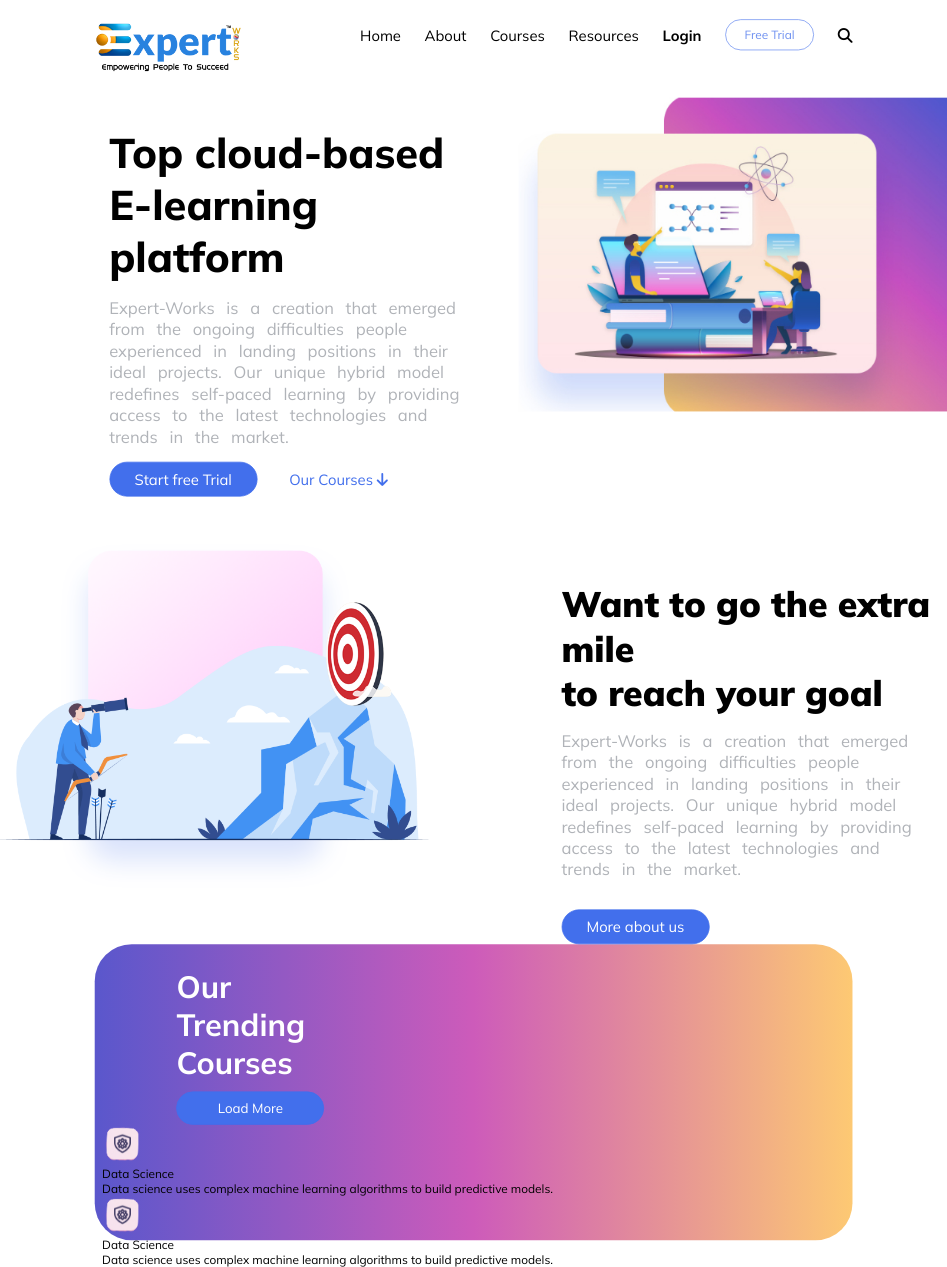
Repository: FlyweisReact/Raghu-B2C
Page: /homePage
These files come from the project's save history. The page is drawn as it stood at one moment and after the next save; the edit follows.
The browser window is 1280 px wide. The pictures show the whole page, at 74% of full size.
Some web libraries are served in a nearby version. The project was rebuilt for these pictures with package versions that can differ from the ones it lists, and the page was loaded fresh each time. Also part of the build but not shown: src/Footer/footer.scss, src/Footer/Footer.jsx, src/component/pages/courses/course.scss, src/component/Navbar/nav.scss, src/component/Navbar/Nav.jsx, src/component/navigation/NavItems.js, src/component/navigation/Dropdown.css, src/component/navigation/Dropdown.js and 43 more.

Above is the page before, as saved 2023-02-03 16:05:50.

### public/index.html
<!DOCTYPE html>
<html lang="en">
  <head>
    <meta charset="utf-8" />
    <link rel="icon" href="%PUBLIC_URL%/favicon.ico" />
    <meta name="viewport" content="width=device-width, initial-scale=1" />
    <meta name="theme-color" content="#000000" />
    <meta
      name="description"
      content="Web site created using create-react-app"
    />
    <link rel="apple-touch-icon" href="%PUBLIC_URL%/logo192.png" />
    <link href="https://fonts.googleapis.com/css2?family=Mulish:ital,wght@0,200;0,300;0,400;0,500;0,600;0,700;0,800;0,900;1,200;1,300;1,400;1,500;1,600;1,700;1,800&display=swap" rel="stylesheet">
    <link rel="manifest" href="%PUBLIC_URL%/manifest.json" />
    <title>Educational Web</title>
  </head>
  <body>
    <noscript>You need to enable JavaScript to run this app.</noscript>
    <div id="root"></div>
    <script src="https://kit.fontawesome.com/b533b351e4.js" crossorigin="anonymous"></script>
  </body>
</html>

### src/index.js
/** @format */

import React from "react";
import ReactDOM from "react-dom";
import { BrowserRouter } from "react-router-dom";
import App from "./App";

ReactDOM.render(
  <React.StrictMode>
    <BrowserRouter>
      <App />
    </BrowserRouter>
  </React.StrictMode>,
  document.getElementById("root")
);

### src/App.js
/** @format */

import { Routes, Route } from "react-router-dom";
import "./App.css";
import "./component/common.scss";
import Courses from "./component/pages/courses/Courses";
import Home from "./component/Home";
import Programs from "./component/pages/Programs/Programs";
import Login from "./component/pages/LoginPage/Login";
import CreateAccount from "./component/pages/CreateAccount/CreateAccount";
import UsertakenCourses from "./component/pages/UserTakenCourses/UsertakenCourses";
import ExploreMore from "./component/pages/morecourses/ExploreMore";
import Forgot from "./component/pages/forgotPassword/Forgot";
import OTP from "./component/pages/otp/OTP";
import Reset from "./component/pages/reset/Reset";
import ViewCourses from "./component/pages/viewCourses/ViewCourses";
import SignUpOtp from "./component/pages/signUpOtp/SignUpOtp"
import MyCourse from "./component/pages/Mycourse/MyCourse";
import MyCourseDesc from "./component/pages/Mycourse/MyCourseDesc";
import FreeTrial from "./component/pages/FreeTrial/FreeTrial";
import Subscription from "./component/pages/FreeTrial/Subscription";
import Billing from "./component/pages/FreeTrial/Billing";
import ThankYOu from "./component/pages/FreeTrial/ThankYOu";
import HomePage from "./HomePage";

function App() {
  const user = false;

  return (
    <div className="App">
      <Routes>
        <Route exect path="/" element={<Login />} />
        <Route exect path="/emailVerify" element={<Forgot />} />
        <Route exect path="/otp" element={<OTP />} />
        <Route exect path="/reset" element={<Reset />} />
        <Route exect path="/cources" element={<Courses />} />
        <Route exect path="/viewCourses" element={<ViewCourses />} />
        <Route exect path="/program" element={<Programs />} />
        <Route exect path="/home" element={<Home user={user} />} />
        <Route exect path="/create-acount" element={<CreateAccount />} />
        <Route exect path="/signUpOtp" element={<SignUpOtp />} />
        <Route exect path="/user" element={<UsertakenCourses />} />
        <Route exect path="/explore" element={<ExploreMore />} />
        <Route exect path="/myCourse" element={<MyCourse />} />
        <Route exect path="/myCourse/:id" element={<MyCourseDesc />} />
        <Route  exect path="/trial" element={<FreeTrial />} />
        <Route  exect path="/subscription" element={<Subscription />} />
        <Route  exect path="/billing" element={<Billing />} />
        <Route  exect path="/thank" element={<ThankYOu />} />
        <Route  exect path="/homePage" element={<HomePage />} />





      </Routes>
    </div>
  );
}

export default App;

### src/App.css
*{
  margin: 0;
  padding: 0;
  box-sizing: border-box;
  font-family: 'Mulish', sans-serif;
}
.hello{
  color:#7ABCFF;
color:  #3284D6;
color:  #D1E8FF;

}

### src/component/common.scss
.links{
    text-decoration: none;
    color: #fff;
    overflow-x: hidden;
}

*{
    // overflow-x: hidden;
    scroll-behavior: smooth;
}

### src/HomePage.js
/** @format */

import React from "react";
import "./HomePage.css";
// Images
import img from "./images/logo.png";
import img1 from './images/1st image.png'
import img2 from './images/2nd image.png'
import img3 from './images/Home.png'
import img4 from './images/icon.png'


const HomePage = () => {
  return (
    <>
      <div className="HomeNewnav">
        <div className="left">
          <img src={img} alt="" />
        </div>
        <div className="right">
          <ul>
            <li>Home</li>
            <li>About </li>
            <li>Courses</li>
            <li>Resources</li>
            <li style={{ fontWeight: "bold" }}>Login</li>
            <button>Free Trial</button>
            <li>
              <i class="fa-solid fa-magnifying-glass"></i>
            </li>
          </ul>
        </div>
      </div>

      <div className="mainSecTwo">
        <div className="left">
          <p className="head">
            Top cloud-based <br /> E-learning platform{" "}
          </p>
          <p className="desc">
            Expert-Works is a creation that emerged from the ongoing
            difficulties people experienced in landing positions in their ideal
            projects. Our unique hybrid model redefines self-paced learning by
            providing access to the latest technologies and trends in the
            market.
          </p>
          <div className="btns">
            <button
              style={{
                backgroundColor: "#426fec",
                color: "#fff",
                width: "200px",
                border: "1px solid #426fec",
                fontSize: "20px",
                borderRadius: "50px",
                padding: "10px",
              }}
            >
              Start free Trial
            </button>
            <button
              style={{
                backgroundColor: "#fff",
                color: "#426fec",
                width: "200px",
                border: "none",
                fontSize: "20px",
                borderRadius: "50px",
                padding: "10px",
              }}
            >
              Our Courses <i class="fa-solid fa-arrow-down"></i>
            </button>
          </div>
        </div>
        <div className="right">
          <img
            src={img3}
            alt=""
          />
        </div>
      </div>

      <div className="mainSecTwo2">
        <div className="left">
          <img
            src={img2}
            alt=""
          />
        </div>
        <div className="right">
          <p className="head">
            Want to go the extra mile <br />
            to reach your goal
          </p>
          <p className="desc">
            Expert-Works is a creation that emerged from the ongoing
            difficulties people experienced in landing positions in their ideal
            projects. Our unique hybrid model redefines self-paced learning by
            providing access to the latest technologies and trends in the
            market.
          </p>
          <div className="btns">
            <button
              style={{
                backgroundColor: "#426fec",
                color: "#fff",
                width: "200px",
                border: "1px solid #426fec",
                fontSize: "20px",
                borderRadius: "50px",
                padding: "10px",
              }}
            >
              More about us
            </button>
          </div>
        </div>
      </div>

      <div className="centerMainDiv">
        <div className="left">
          <p className="head">
            Our <br /> Trending <br /> Courses
          </p>{" "}
          <button
            style={{
              backgroundColor: "#426fec",
              color: "#fff",
              width: "200px",
              border: "1px solid #426fec",
              fontSize: "18px",
              borderRadius: "50px",
              padding: "10px",
            }}
          >
           Load More
          </button>
        </div>
        <div className="right">
            <div className="group">
                <div>
                    <img src={img4} alt='' />
                    <p className="head">Data Science</p>
                    <p className="desc">Data science uses complex machine learning algorithms to build predictive models.</p>
                </div>
                <div>
                    <img src={img4} alt='' />
                    <p className="head">Data Science</p>
                    <p className="desc">Data science uses complex machine learning algorithms to build predictive models.</p>
                </div>
            </div>
        </div>
      </div>
    </>
  );
};

export default HomePage;

### src/HomePage.css
/** @format */

.HomeNewnav {
  display: flex;
  justify-content: space-between;
  width: 80%;
  margin-left: 10%;
  margin-top: 2%;
}
.HomeNewnav .left img {
  width: 200px;
}
.HomeNewnav .right ul {
  display: flex;
  gap: 2rem;
}
.HomeNewnav .right ul li {
  list-style: none;
  font-size: 20px;
  margin-top: 10px;
}
.HomeNewnav .right ul button {
  width: 120px;
  font-size: 16px;
  margin-top: 0;
  border: 1px solid #6e90f0;
  color: #6e90f0;
  background-color: #fff;

  padding: 10px;
  border-radius: 50px;
}
.HomeNewnav .right ul li:hover {
  color: #6e90f0;
  cursor: pointer;
}

.mainSecTwo {
  display: flex;
  margin-top: 2%;
  gap: 2rem;
  justify-content: space-between;
}
.mainSecTwo .left {
  width: 50%;
  margin-left: 7%;
  margin-top: 3%;
}
.mainSecTwo .right {
  width: 50%;
}
.mainSecTwo .right img {
  width: 100%;
}
.mainSecTwo .left .head {
  font-size: 3.5rem;
  font-weight: 800;
  margin-left: 10%;
}
.mainSecTwo .left .desc {
  width: 500px;
  word-spacing: 10px;
  font-size: 1.4rem;
  margin-top: 20px;
  margin-left: 10%;
  color: #b0b3b8;
}
.mainSecTwo .left .btns {
  display: flex;
  gap: 10px;
  margin-left: 10%;
  margin-top: 20px;
}

.mainSecTwo2 {
  display: flex;
  margin-top: 5%;
  gap: 2rem;
  justify-content: space-between;
}
.mainSecTwo2 .right {
  width: 50%;
  margin-top: 4%;
  margin-left: 7%;
}
.mainSecTwo2 .left {
  width: 50%;
}
.mainSecTwo2 .left img {
  width: 100%;
}
.mainSecTwo2 .right .head {
  font-size: 3rem;
  font-weight: 900;
  margin-left: 10%;
}
.mainSecTwo2 .right .desc {
  width: 500px;
  word-spacing: 10px;
  font-size: 1.4rem;
  margin-top: 20px;
  margin-left: 10%;
  color: #b0b3b8;
}
.mainSecTwo2 .right .btns {
  display: flex;
  gap: 10px;
  margin-left: 10%;
  margin-top: 40px;
}

.centerMainDiv {
  width: 80%;
  height: 400px;
  background-image: linear-gradient(to right, #5a57cc, #cd5bba, #fdc973);
  margin: auto;
  border-radius: 50px;
  padding: 10px;
}
.centerMainDiv .left {
    margin-top: 2%;
    color: #fff;
    font-size: 2.6rem;
    font-weight: bold;
    margin-left: 10%;
}

Loaded but not shown: src/component/pages/viewCourses/viewCourses.css (no stored copy; drawn as an empty file)

After the next save:
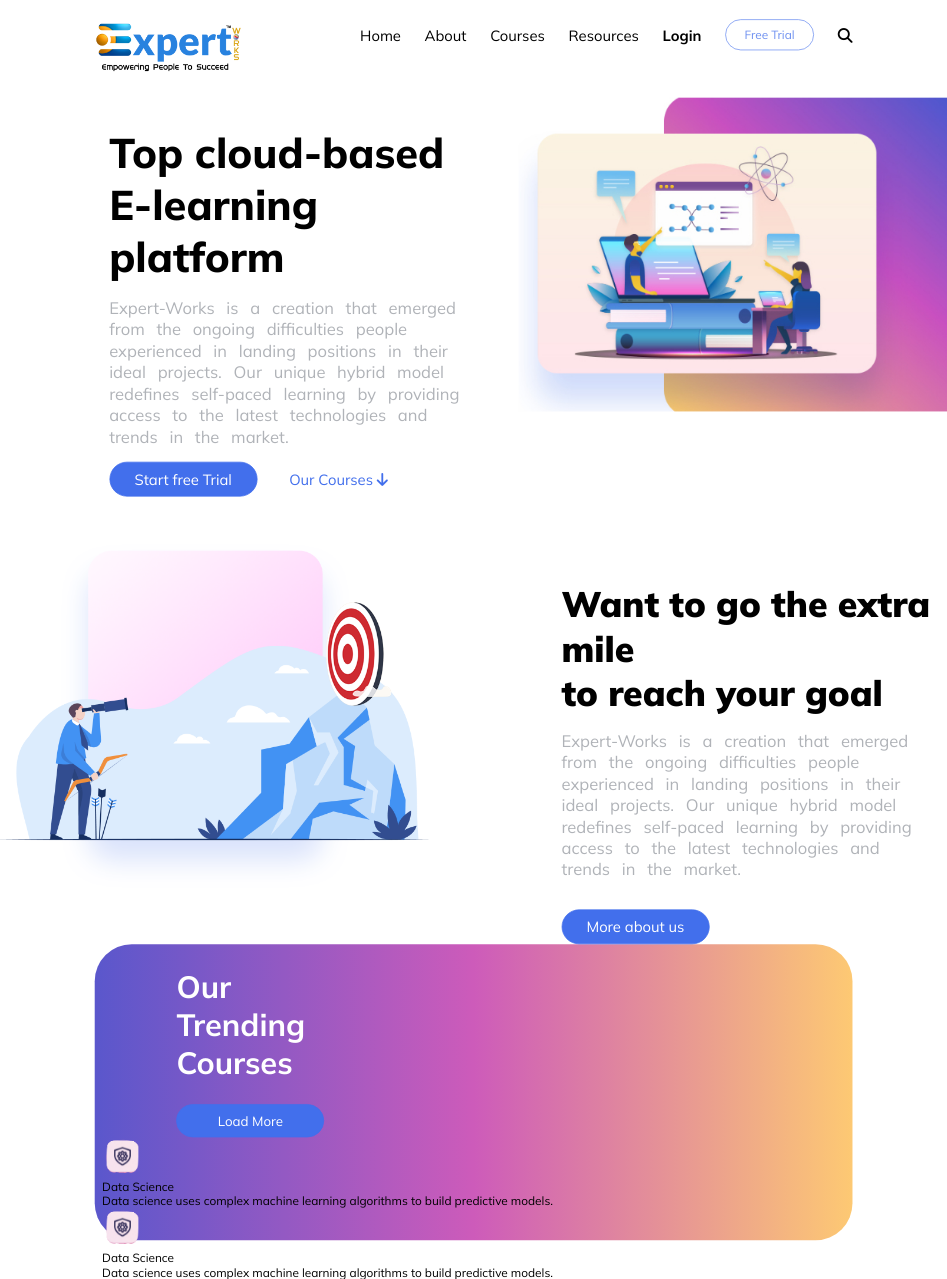
Saved 22 s later.
--- a/src/HomePage.js
+++ b/src/HomePage.js
@@ -132,6 +132,7 @@ const HomePage = () => {
               fontSize: "18px",
               borderRadius: "50px",
               padding: "10px",
+              marginTop : '30px'
             }}
           >
            Load More
